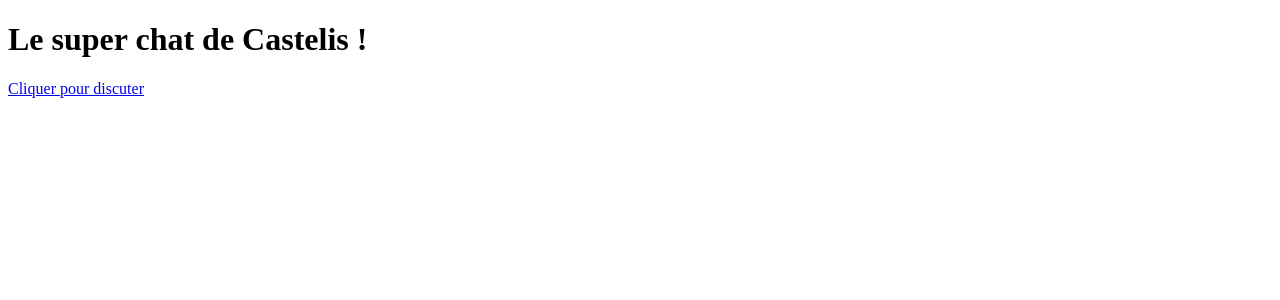
Repository: ahamie71/Whatsup
Page: http://localhost/
The author's editor kept a copy of each file at every save. The page is drawn from the files as they stood at one save, then again after a run of saves.
The browser window is 1280 px wide. The pictures show the whole page.
The page is run by PHP 8.4 with error messages shown; the project is at /var/www/html/.

Above is the page before, as saved 2023-02-02 11:17:06.

After the next 2 saves:
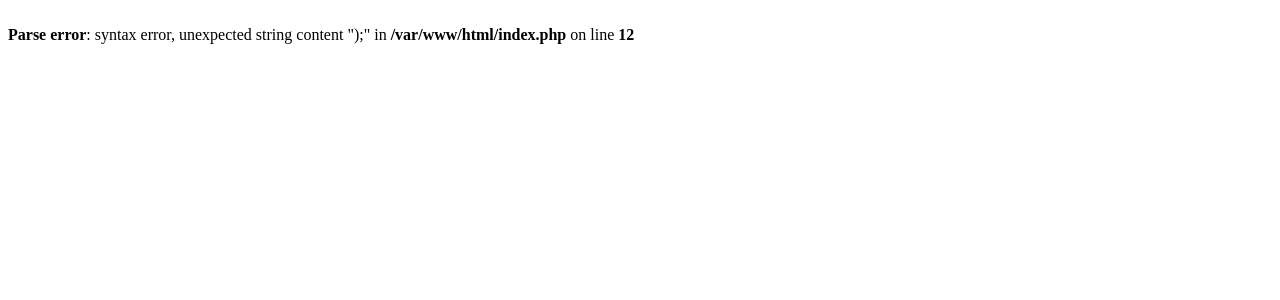
The 2 saves are shown as one change because they came seconds apart.
The last was saved 10 s later.
--- a/index.php
+++ b/index.php
@@ -8,7 +8,7 @@ if (isset($_GET['action'])) {
         }
 
 } else {
-
+        if ($_GET['action'] == '
         require_once(dirname(__FILE__) . '/src/Controllers/homepageController.php');
         homepage();
     }
